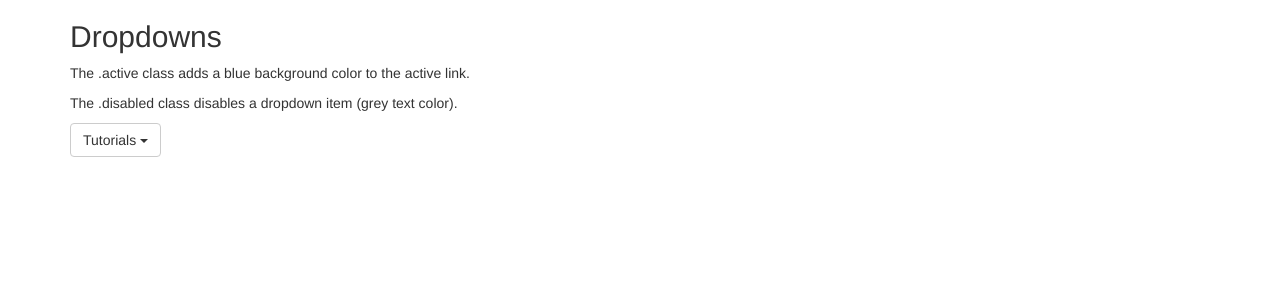
Repository: chickenoken/LuanAn
Page: http://localhost/net/quanLyNhanVienControl
These files come from the project's save history. The page is drawn as it stood at one moment and after the next save; the edit follows.
The browser window is 1280 px wide. The pictures show the whole page.
The page is served by Tomcat 9. Other server files are loaded and not shown.

Above is the page before, as saved 2019-06-17 09:39:04.

### net/src/main/webapp/WEB-INF/pages/quanLyNhanVienControl.jsp
<!DOCTYPE html>
<html lang="en">
<head>
  <title>Bootstrap Example</title>
  <meta charset="utf-8">
  <meta name="viewport" content="width=device-width, initial-scale=1">
  <link rel="stylesheet" href="https://maxcdn.bootstrapcdn.com/bootstrap/3.4.0/css/bootstrap.min.css">
  <script src="https://ajax.googleapis.com/ajax/libs/jquery/3.4.0/jquery.min.js"></script>
  <script src="https://maxcdn.bootstrapcdn.com/bootstrap/3.4.0/js/bootstrap.min.js"></script>
</head>
<body>

<div class="container">
  <h2>Dropdowns</h2>
  <p>The .active class adds a blue background color to the active link.</p>
  <p>The .disabled class disables a dropdown item (grey text color).</p>
  <div class="dropdown">
    <button class="btn btn-default dropdown-toggle" type="button" data-toggle="dropdown">Tutorials
    <span class="caret"></span></button>
    <ul class="dropdown-menu">
      <li><a href="#">Normal</a></li>
      <li class="disabled"><a href="#">Disabled</a></li>
      <li class="active"><a href="#">Active</a></li>
      <li><a href="#">Normal</a></li>
    </ul>
  </div>
</div>

</body>
</html>

### net/src/main/java/org/planning/net/dto/LoginDto.java
package org.planning.net.dto;

import lombok.Getter;
import lombok.Setter;

@Getter
@Setter
public class LoginDto {

    private String maNhanVien;

    private String tenNhanVien;

    private String taiKhoan;

    private String matKhau;

	public String getTaiKhoan() {
        return taiKhoan;
    }

    public void setTaiKhoan(String taiKhoan) {
        this.taiKhoan = taiKhoan;
    }

    public String getMatKhau() {
        return matKhau;
    }

    public void setMatKhau(String matKhau) {
        this.matKhau = matKhau;
    }

    public String getMaNhanVien() {
		return maNhanVien;
	}

	public void setMaNhanVien(String maNhanVien) {
		this.maNhanVien = maNhanVien;
	}

	public String getTenNhanVien() {
		return tenNhanVien;
	}

	public void setTenNhanVien(String tenNhanVien) {
		this.tenNhanVien = tenNhanVien;
	}
}

After the next save:
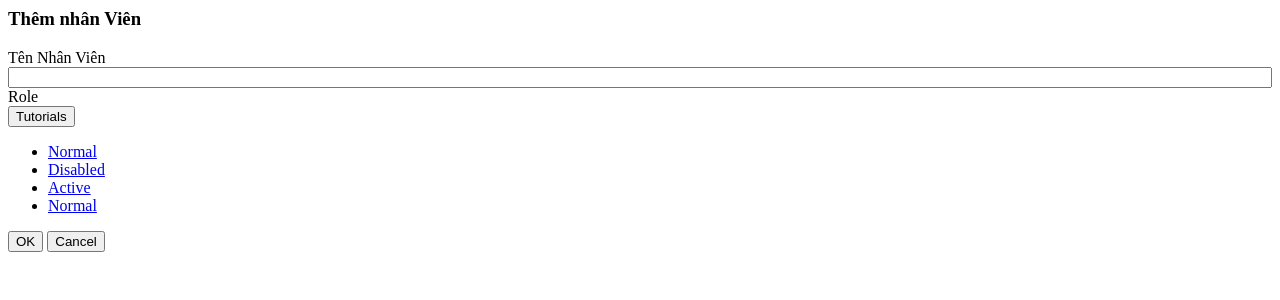
Saved 27 s later.
--- a/net/src/main/webapp/WEB-INF/pages/quanLyNhanVienControl.jsp
+++ b/net/src/main/webapp/WEB-INF/pages/quanLyNhanVienControl.jsp
@@ -1,30 +1,34 @@
-<!DOCTYPE html>
-<html lang="en">
-<head>
-  <title>Bootstrap Example</title>
-  <meta charset="utf-8">
-  <meta name="viewport" content="width=device-width, initial-scale=1">
-  <link rel="stylesheet" href="https://maxcdn.bootstrapcdn.com/bootstrap/3.4.0/css/bootstrap.min.css">
-  <script src="https://ajax.googleapis.com/ajax/libs/jquery/3.4.0/jquery.min.js"></script>
-  <script src="https://maxcdn.bootstrapcdn.com/bootstrap/3.4.0/js/bootstrap.min.js"></script>
-</head>
-<body>
+<div class="modal-header">
+  <h3>Thêm nhân Viên</h3>
+</div>
+<div class="modal-body">
+  <div class="row">
+    <div class="form-group">
+      <div class="col-md-4"><span>Tên Nhân Viên</span></div>
+      <div class="col-md-8"><input type="text" ng-model="model.form.control.tenNv" style="width : 100%"></div>
+    </div>
+  </div>
 
-<div class="container">
-  <h2>Dropdowns</h2>
-  <p>The .active class adds a blue background color to the active link.</p>
-  <p>The .disabled class disables a dropdown item (grey text color).</p>
-  <div class="dropdown">
-    <button class="btn btn-default dropdown-toggle" type="button" data-toggle="dropdown">Tutorials
-    <span class="caret"></span></button>
-    <ul class="dropdown-menu">
-      <li><a href="#">Normal</a></li>
-      <li class="disabled"><a href="#">Disabled</a></li>
-      <li class="active"><a href="#">Active</a></li>
-      <li><a href="#">Normal</a></li>
-    </ul>
+  <div class="row">
+    <div class="form-group">
+      <div class="col-md-4"><span>Role</span></div>
+      <div class="col-md-8">
+		  <div class="dropdown">
+		    <button class="btn btn-default dropdown-toggle" type="button" data-toggle="dropdown">Tutorials
+		    <span class="caret"></span></button>
+		    <ul class="dropdown-menu">
+		      <li><a href="#">Normal</a></li>
+		      <li class="disabled"><a href="#">Disabled</a></li>
+		      <li class="active"><a href="#">Active</a></li>
+		      <li><a href="#">Normal</a></li>
+		    </ul>
   </div>
+      </div>
+    </div>
+  </div>
+
 </div>
-
-</body>
-</html>
+<div class="modal-footer">
+    <button class="btn btn-primary" ng-click="ok()">OK</button>
+    <button class="btn btn-warning" ng-click="cancel()">Cancel</button>
+</div>
